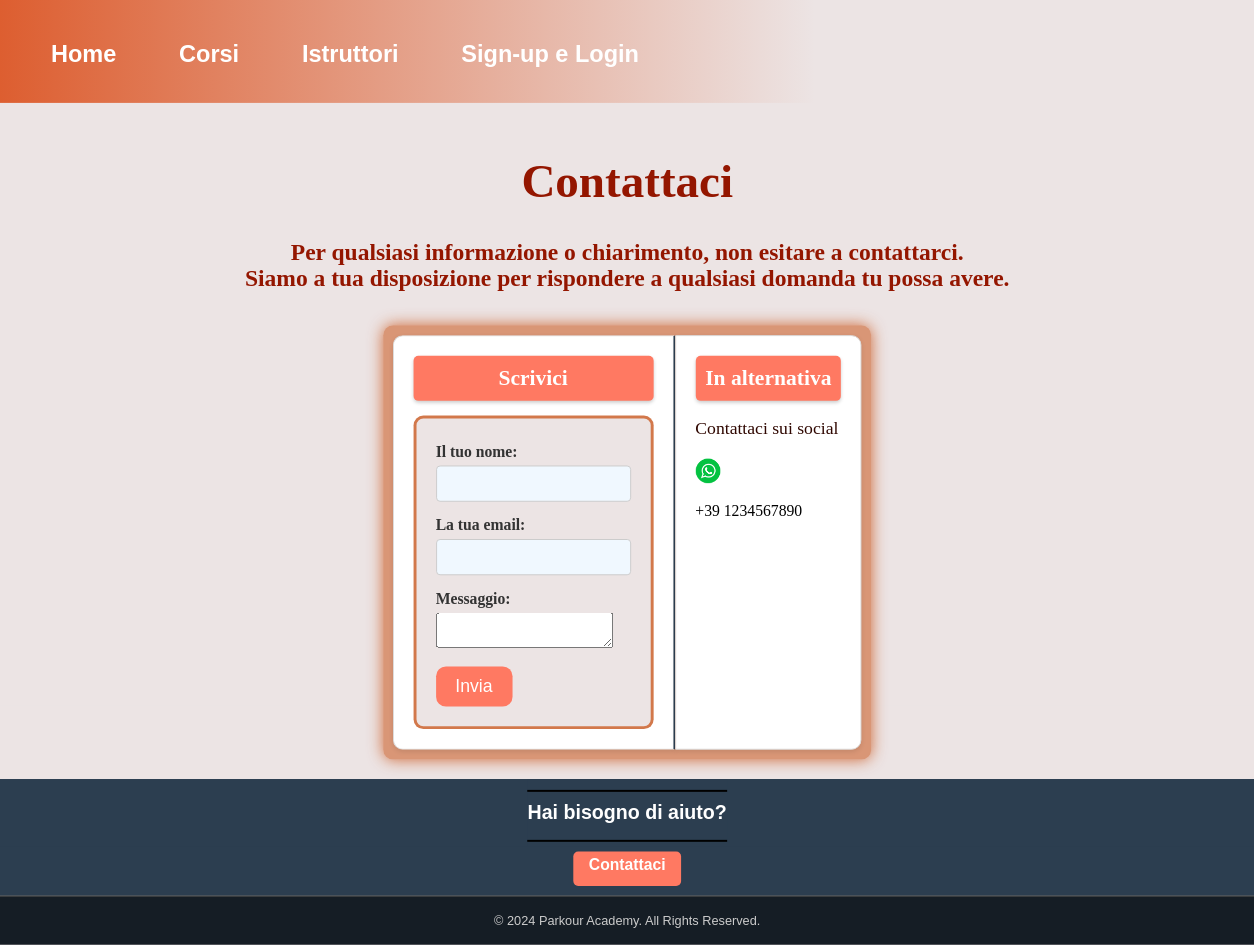
Repository: GiuuGpEEp/TerzoAnnoUni
Page: http://localhost/ContactUs/contact.php
The author's editor kept a copy of each file at every save. The page is drawn from the files as they stood at one save, then again after the next save.
The browser window is 1280 px wide. The pictures show the whole page, at 98% of full size.
The page is run by PHP 8.4 with error messages shown; the project is at /var/www/html/.

Above is the page before, as saved 2025-01-13 15:41:50.

After the next save:
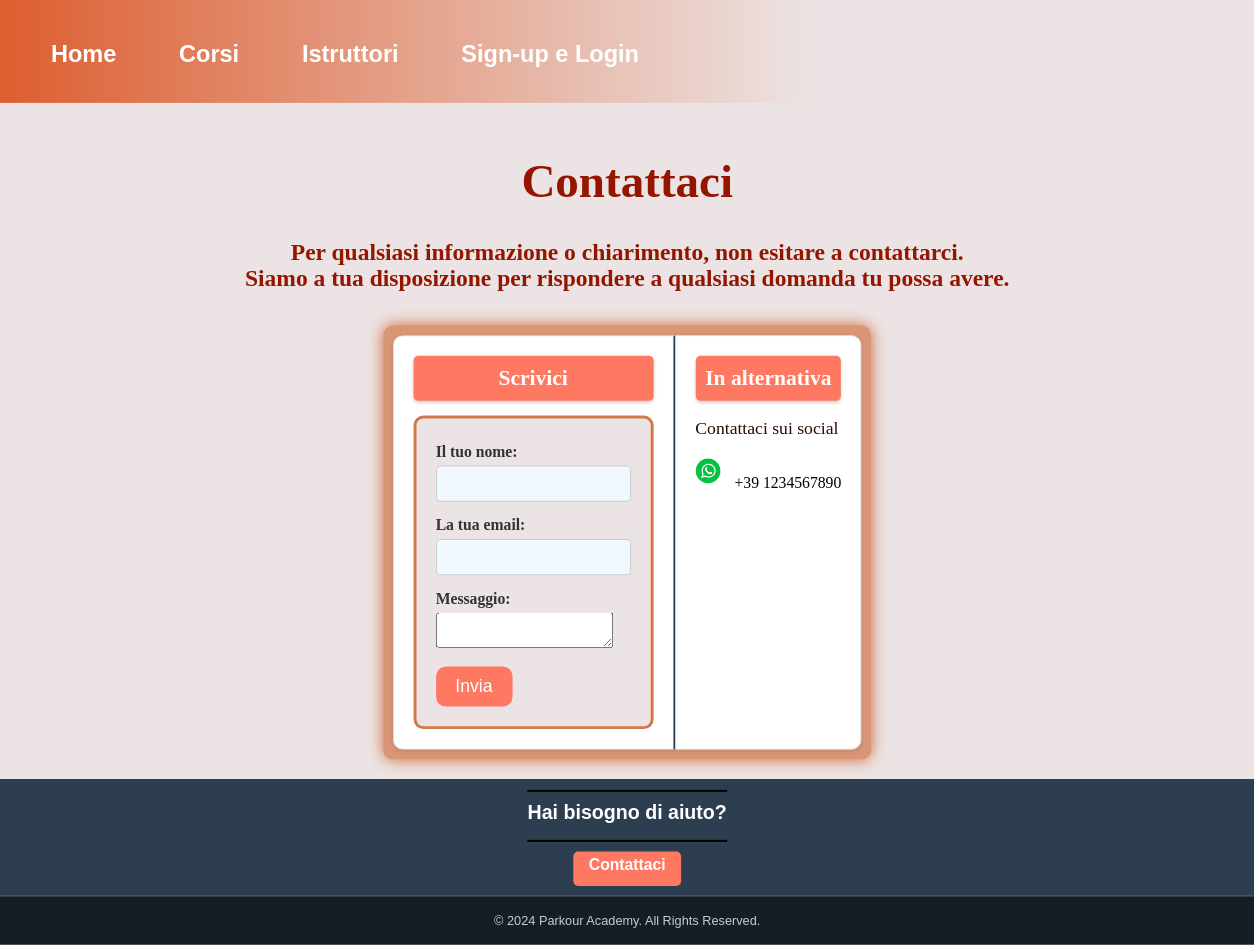
Saved 5 s later.
--- a/SAW/Esercizi/Progetto/ContactUs/contactStyle.css
+++ b/SAW/Esercizi/Progetto/ContactUs/contactStyle.css
@@ -129,4 +129,6 @@
     text-align: justify;
 }
 
-.
+.waText{
+    float: right;
+}

After the save that followed:
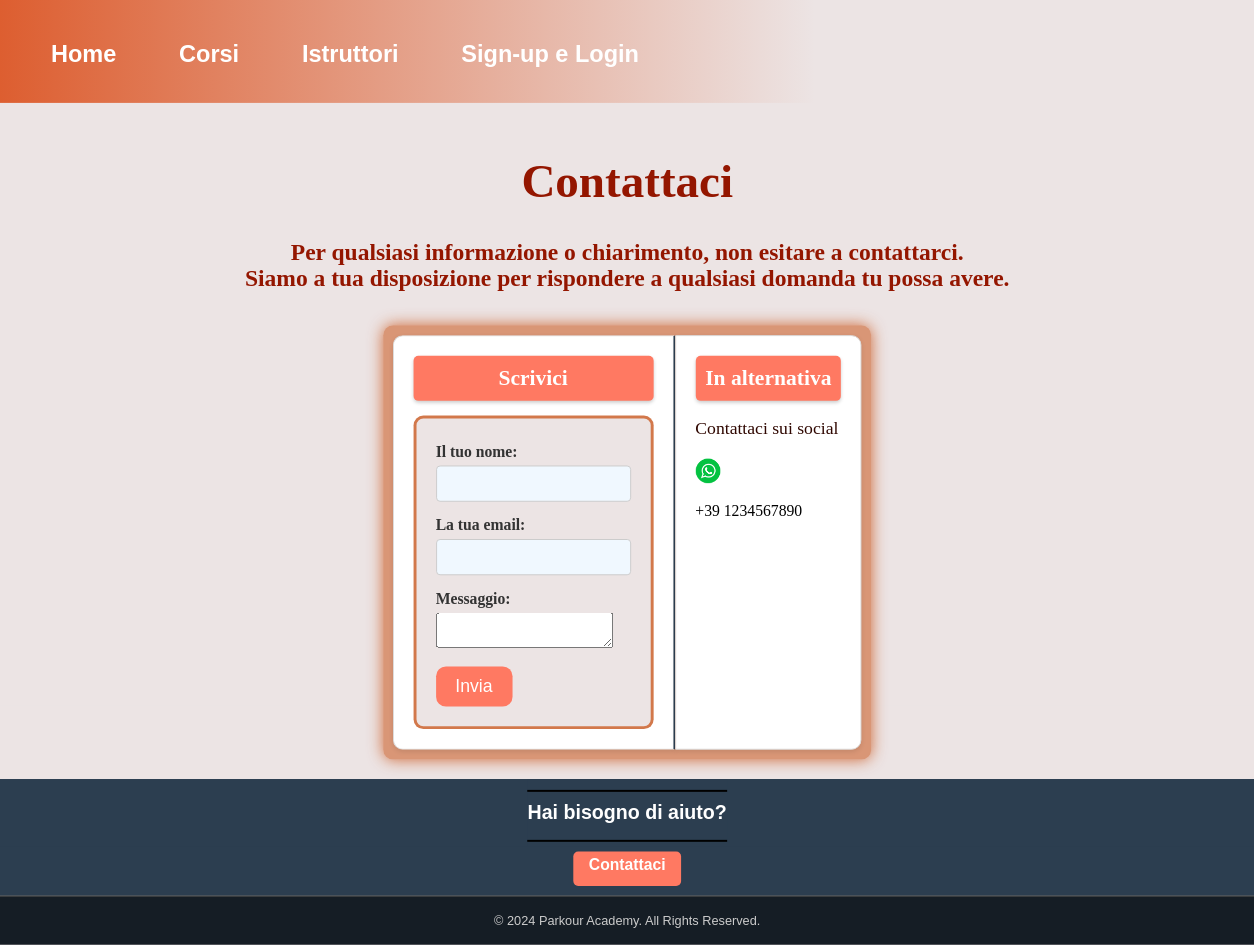
Saved 21 s later.
--- a/SAW/Esercizi/Progetto/ContactUs/contactStyle.css
+++ b/SAW/Esercizi/Progetto/ContactUs/contactStyle.css
@@ -128,7 +128,3 @@
     margin-bottom: 20px;
     text-align: justify;
 }
-
-.waText{
-    float: right;
-}
